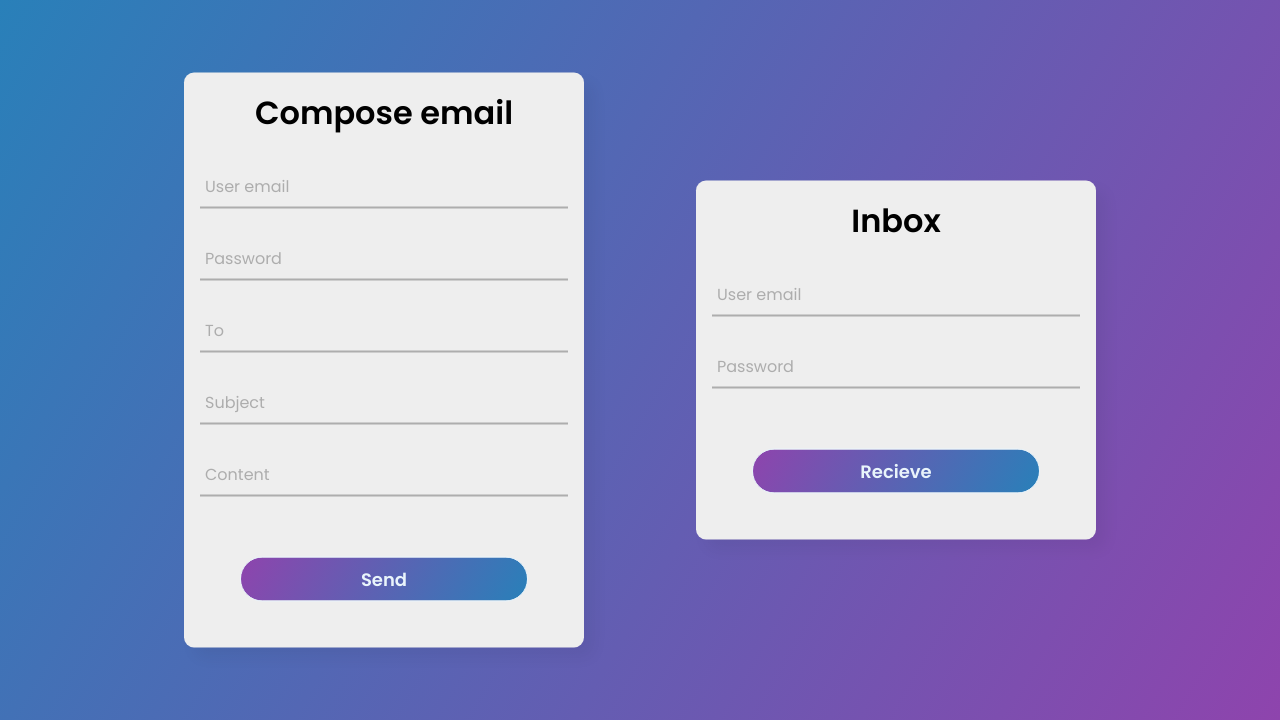
Repository: 20PW01-Abishek/Mail-EZ-in-JAVA
Page: http://localhost/javapackage/
The author's editor kept a copy of each file at every save. The page is drawn from the files as they stood at one save, then again after the next save.
The browser window is 1280 px wide. The pictures show the whole page.
The page is served by Tomcat 10.

Above is the page before, as saved 2022-11-06 05:21:25.

After the next save:
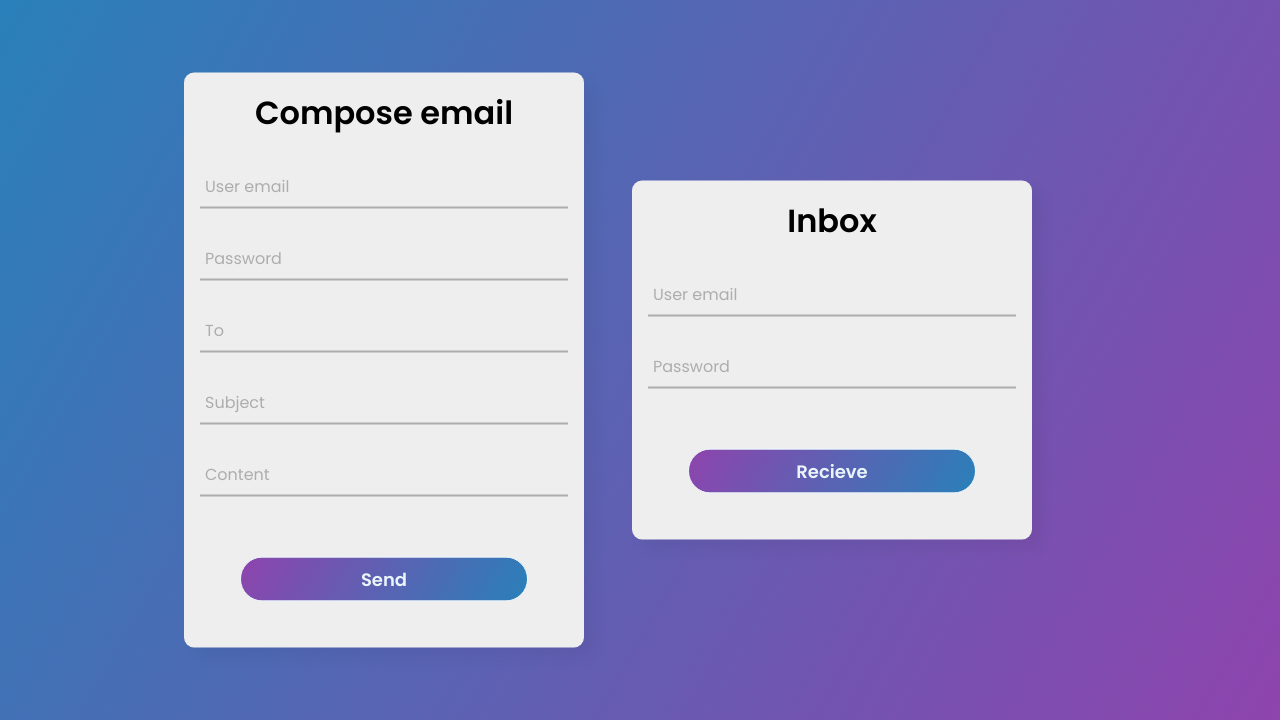
Saved 16 s later.
--- a/Java package/javapackage/src/main/webapp/style1.css
+++ b/Java package/javapackage/src/main/webapp/style1.css
@@ -35,7 +35,7 @@ body{
   vertical-align: middle;
   position: absolute;
   top: 50%;
-  left: 70%;
+  left: 65%;
   transform: translate(-50%, -50%);
   width: 400px;
   background: #eee;
